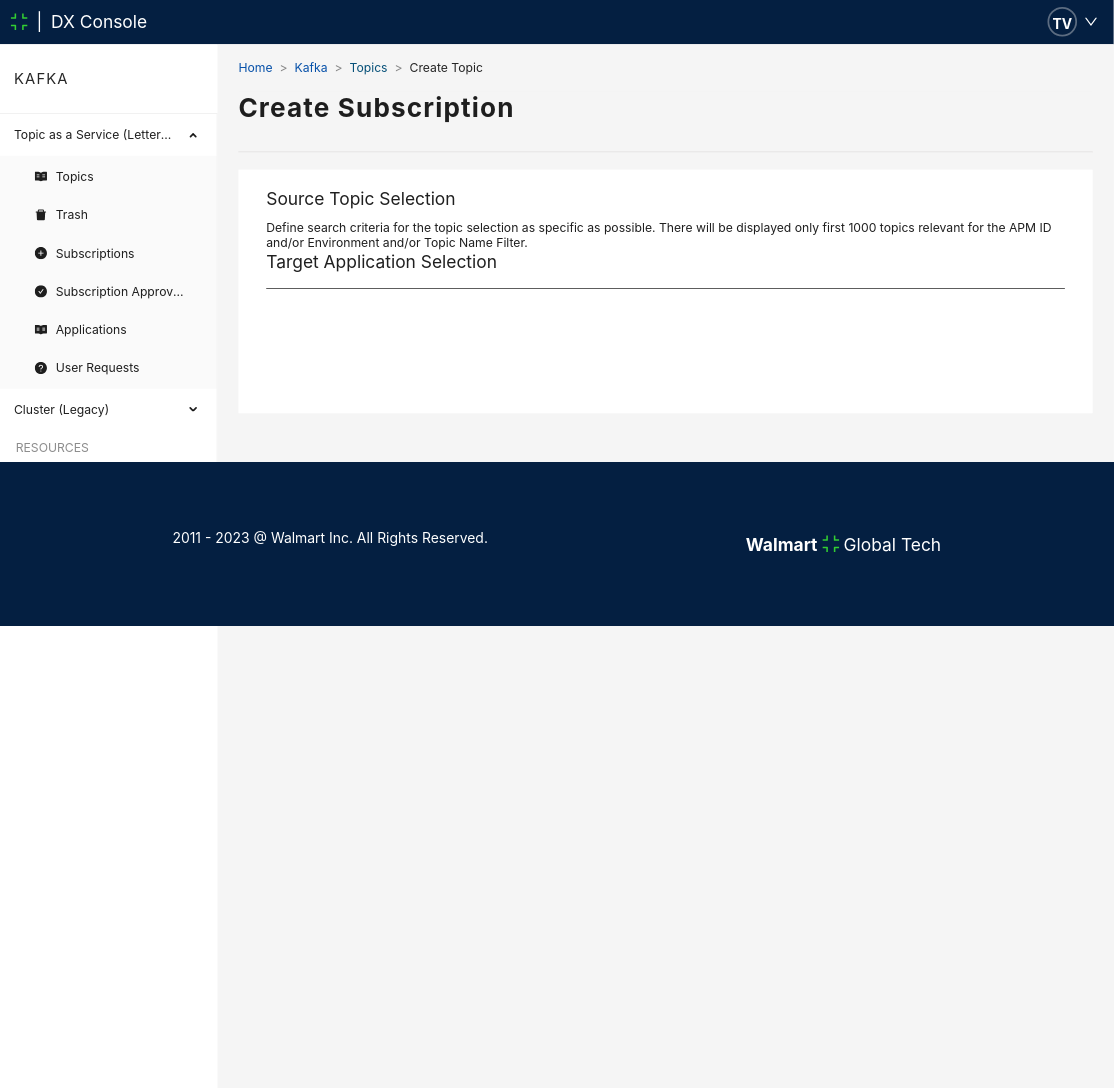
Repository: Qianying-Chai/kafka
Page: /kafka/subscriptions_active_tab=nonProxy/create-non-proxy
An editor plug-in stored every save of this project. The page is shown before and after the next save, followed by the edit.
The browser window is 1280 px wide. The pictures show the whole page, at 87% of full size.
The project was rebuilt for these pictures with package versions that can differ from the ones it lists, and the page was loaded fresh each time. Also part of the build but not shown: src/pages/Components/ComponentsTable.jsx, src/pages/Components/ComponentsInput.jsx, src/pages/Components/ComponentsPagination.jsx, src/pages/Taas/Topics/Topics.jsx, src/pages/Components/Style/SelectTitle.css, src/pages/Components/SelectTitle.jsx, src/pages/Taas/Topics/Style/DetailsForm.css, src/pages/Taas/Topics/CreateTopics/Form/DetailsForm.jsx and 15 more.

Above is the page before, as saved 2024-01-15 19:35:23.

### src/index.js
import React from "react";
import ReactDOM from "react-dom/client";
import App from "./App";
import { BrowserRouter } from "react-router-dom";
import { Provider } from "react-redux";
import store from "../src/redux/store";
import "./style/index.css";

const root = ReactDOM.createRoot(document.getElementById("root"));
root.render(
  <Provider store={store}>
    <BrowserRouter>
      <App />
    </BrowserRouter>
  </Provider>
);

### src/App.js
import Header from "./pages/common/Header";
import Sider from "./pages/common/Sider.jsx";
import categoryConstants from "./pages/common/categoryConstants";
import Topics from "./pages/Taas/Topics/Topics";
import CreateTopic from "./pages/Taas/Topics/CreateTopics/CreateTopic";
import Trash from "./pages/Taas/Trash/Trash";
import SubscriptionApprovals from "./pages/Taas/SubscriptionApprovals/SubscriptionApprovals";
import SubscriptionsNonProxy from "./pages/Taas/Subscriptions/SubscriptionsNonProxy/SubscriptionsNonProxy";
import CreateSubscriptionsNonProxy from "./pages/Taas/Subscriptions/SubscriptionsNonProxy/CreateSubscriptions/CreateSubscriptionsNonProxy";
import CreateSubscriptionsProxy from "./pages/Taas/Subscriptions/SubscriptionsProxy/CreateSubscriptions/CreateSubscriptionsProxy";
import SubscriptionsProxy from "./pages/Taas/Subscriptions/SubscriptionsProxy/SubscriptionsProxy";
import Applications from "./pages/Taas/Applications/Applications";
import UserRequests from "./pages/Taas/UserRequests/UserRequests";
import Clusters from "./pages/Cluster/Clusters";
import MigratedClusters from "./pages/Cluster/MigratedClusters";
import Subscription from "./pages/Cluster/Subscription";
import UserRequestsLegacy from "./pages/Cluster/UserRequestsLegacy";
import Support from "./pages/Resources/Support";
import Footer from "./pages/common/Footer";
import { Routes, Route } from "react-router-dom";
import { Layout } from "antd";

function App() {
  return (
    <div className="App">
      <Layout>
        <Header />
        <Layout>
          <Sider />
          <Layout
            style={{
              padding: "0 24px 24px",
              height: "fit-content",
            }}
          >
            <Routes>
              <Route
                path={`kafka/${categoryConstants.TOPICS.toLowerCase()}`}
                element={<Topics />}
              />
              <Route
                path={`kafka/${categoryConstants.TOPICS.toLowerCase()}/create`}
                element={<CreateTopic />}
              />
              <Route
                path={`kafka/${categoryConstants.TRASH.toLowerCase()}`}
                element={<Trash />}
              />
              <Route
                path={`kafka/${categoryConstants.SUBSCRIPTIONS.toLowerCase()}_active_tab=nonProxy`}
                element={<SubscriptionsNonProxy />}
              />
              <Route
                path={`/kafka/${categoryConstants.SUBSCRIPTIONS.toLowerCase()}_active_tab=nonProxy/create-non-proxy`}
                element={<CreateSubscriptionsNonProxy />}
              />
              {/* <Route
                path={`/kafka/${categoryConstants.SUBSCRIPTIONS.toLowerCase()}_active_tab=proxy`}
                element={<CreateSubscriptionsProxy />}
              /> */}
              <Route
                path={`kafka/${categoryConstants.SUBSCRIPTIONS.toLowerCase()}_active_tab=proxy`}
                element={<SubscriptionsProxy />}
              />
              <Route
                path={`kafka/subscriptionRequests`}
                element={<SubscriptionApprovals />}
              />
              <Route
                path={`kafka/${categoryConstants.APPLICATIONS.toLowerCase()}`}
                element={<Applications />}
              />
              <Route path={`kafka/requests`} element={<UserRequests />} />
              <Route
                path={`kafka/${categoryConstants.CLUSTERS.toLowerCase()}`}
                element={<Clusters />}
              />
              <Route
                path={`kafka/migrated-clusters`}
                element={<MigratedClusters />}
              />
              <Route
                path={`kafka/mps-clusters-subscriptions`}
                element={<Subscription />}
              />
              <Route
                path={`kafka/legacy-requests`}
                element={<UserRequestsLegacy />}
              />
              <Route
                path={`kafka/${categoryConstants.SUPPORT.toLowerCase()}`}
                element={<Support />}
              />
            </Routes>
          </Layout>
        </Layout>
        <Footer />
      </Layout>
    </div>
  );
}

export default App;

### src/redux/store.jsx
import { configureStore } from "@reduxjs/toolkit";
import reducer from "./reducer";
const store = configureStore({ reducer: reducer });
export default store;

### src/pages/common/Header.jsx
import React from "react";
import "./Style/Header.css";
import { CompressOutlined, UpOutlined, DownOutlined } from "@ant-design/icons";
import { Layout } from "antd";
import { useState } from "react";
const Header = () => {
  const [login, setLogin] = useState(true);

  return (
    <Layout>
      <Layout.Header className="header">
        <div className="header-content-left">
          <CompressOutlined className="header-left-icon" />
          <span className="header-left-divider">|</span>
          <span className="header-left-dx-console">DX Console </span>
        </div>
        <div className="header-content-right">
          <div className="user">
            <div className="user-icon">TV</div>
            {login ? (
              <DownOutlined
                className="login-button"
                onClick={() => {
                  setLogin((state) => !state);
                }}
              />
            ) : (
              <UpOutlined
                className="logout-button"
                onClick={() => {
                  setLogin((state) => !state);
                }}
              />
            )}
          </div>
          <div
            className="logout-pop-up"
            style={{
              display: login ? "none" : "block",
            }}
          >
            LOGOUT
          </div>
        </div>
      </Layout.Header>
    </Layout>
  );
};
export default Header;

### src/pages/common/Sider.jsx
import React from "react";
import { Link } from "react-router-dom";
import "./Style/Sider.css";
import {
  ReadFilled,
  DeleteFilled,
  PlusCircleFilled,
  CheckCircleFilled,
  QuestionCircleFilled,
  HddFilled,
  SettingFilled,
} from "@ant-design/icons";
import { Layout, Menu, theme, ConfigProvider } from "antd";
import categoryConstants from "./categoryConstants";

const Sider = () => {
  const {
    token: { colorBgContainer },
  } = theme.useToken();

  const items = [
    {
      key: "Topic as a Service (Lettera)",
      label: "Topic as a Service (Lettera)",
      children: [
        {
          key: "Topics",
          label: (
            <Link to={`kafka/${categoryConstants.TOPICS.toLowerCase()}`}>
              {categoryConstants.TOPICS}
            </Link>
          ),
          icon: React.createElement(ReadFilled),
        },
        {
          key: "Trash",
          label: (
            <Link to={`kafka/${categoryConstants.TRASH.toLowerCase()}`}>
              {categoryConstants.TRASH}
            </Link>
          ),
          icon: React.createElement(DeleteFilled),
        },
        {
          key: "Subscriptions",
          label: (
            <Link
              to={`kafka/${categoryConstants.SUBSCRIPTIONS.toLowerCase()}_active_tab=nonProxy`}
            >
              {categoryConstants.SUBSCRIPTIONS}
            </Link>
          ),
          icon: React.createElement(PlusCircleFilled),
        },
        {
          key: "Subscription Approvals",
          label: (
            <Link to={`kafka/subscriptionRequests`}>
              {categoryConstants.SUBSCRIPTIONS_APPROVALS.replace("_", " ")}
            </Link>
          ),
          icon: React.createElement(CheckCircleFilled),
        },
        {
          key: "Applications",
          label: (
            <Link to={`kafka/${categoryConstants.APPLICATIONS.toLowerCase()}`}>
              {categoryConstants.APPLICATIONS}
            </Link>
          ),
          icon: React.createElement(ReadFilled),
        },
        {
          key: "User Requests",
          label: (
            <Link to={`kafka/requests`}>
              {categoryConstants.USER_REQUESTS.replace("_", " ")}
            </Link>
          ),
          icon: React.createElement(QuestionCircleFilled),
        },
      ],
    },
    {
      label: <div>Cluster (Legacy)</div>,
      key: "Cluster (Legacy)",
      children: [
        {
          key: "Clusters",
          label: (
            <Link to={`kafka/${categoryConstants.CLUSTERS.toLowerCase()}`}>
              {categoryConstants.CLUSTERS}
            </Link>
          ),
          icon: React.createElement(HddFilled),
        },
        {
          key: "Migrated Clusters",
          label: (
            <Link to={`kafka/migrated-clusters`}>
              {categoryConstants.MIGRATED_CLUSTERS.replace("_", " ")}
            </Link>
          ),
          icon: React.createElement(HddFilled),
        },
        {
          key: "Subscription",
          label: (
            <Link to={`kafka/mps-clusters-subscriptions`}>
              {categoryConstants.SUBSCRIPTION}
            </Link>
          ),
          icon: React.createElement(PlusCircleFilled),
        },
        {
          key: "User Requests (Legacy)",
          label: (
            <Link to={`kafka/legacy-requests`}>User Requests (Legacy)</Link>
          ),
          icon: React.createElement(QuestionCircleFilled),
        },
      ],
    },
    {
      label: <div>RESOURCES</div>,
      type: "group",
      key: "RESOURCES",
      children: [
        {
          key: "Supprot",
          label: (
            <Link to={`kafka/${categoryConstants.SUPPORT.toLowerCase()}`}>
              {categoryConstants.SUPPORT}
            </Link>
          ),
          icon: React.createElement(SettingFilled),
        },
      ],
    },
  ];

  return (
    <ConfigProvider
      theme={{
        components: {
          Menu: {
            itemHoverBg: "",
            itemHoverColor: "#1890ff",
            padding: 30,
          },
          Tabs: {
            inkBarColor: "rgb(4, 31, 65)",
          },
        },
      }}
    >
      <Layout.Sider
        className="sider"
        width={"250px"}
        style={{
          background: colorBgContainer,
        }}
      >
        <div className="slider-top">
          <span className="slider-top-content">KAFKA</span>
        </div>
        <div
          style={{
            marginLeft: "-12px",
          }}
        >
          <div></div>
          <Menu
            mode="inline"
            items={items}
            defaultOpenKeys={["Topic as a Service (Lettera)", "RESOURCES"]}
            style={{
              color: "#041f41",
            }}
          />
        </div>
      </Layout.Sider>
    </ConfigProvider>
  );
};
export default Sider;

### src/pages/common/categoryConstants.jsx
const categoryConstants = {
  TOPICS: "Topics",
  TRASH: "Trash",
  SUBSCRIPTIONS: "Subscriptions",
  SUBSCRIPTIONS_APPROVALS: "Subscription Approvals",
  APPLICATIONS: "Applications",
  USER_REQUESTS: "User Requests",
  CLUSTERS: "Clusters",
  MIGRATED_CLUSTERS: "Migrated Clusters",
  SUBSCRIPTION: "Subscription",
  USERE_REQUESTS_LEGACY: "User Requests (Legacy)",
  SUPPORT: "Support",
  CREATE_TOPIC: "Create Topic",
  CREATE_SUBSCRIPTION: "Create Subscription",
};

export default categoryConstants;

### src/pages/Taas/Subscriptions/SubscriptionsNonProxy/CreateSubscriptions/CreateSubscriptionsNonProxy.jsx
import React from "react";
import ComponentsBreadcrumb from "../../../../Components/ComponentsBreadcrumb";
import ComponentsContent from "../../../../Components/ComponentsContent";
import ComponentsDivider from "../../../../Components/ComponentsDivider";
import ComponentsTitle from "../../../../Components/ComponentsTitle";
import categoryConstants from "../../../../common/categoryConstants";
import "../../Style/";
import { Typography } from "antd";
const { Title } = Typography;

const CreateSubscriptionsNonProxy = () => {
  return (
    <>
      <div>
        <ComponentsBreadcrumb
          items={[
            {
              title: "Home",
            },
            {
              title: "Kafka",
            },
            {
              title: categoryConstants.TOPICS,
              href: `/kafka/${categoryConstants.TOPICS.toLowerCase()}`,
            },
            {
              title: categoryConstants.CREATE_TOPIC,
            },
          ]}
        />
        <div className="content-banner">
          <ComponentsTitle title={categoryConstants.CREATE_SUBSCRIPTION} />
        </div>
      </div>
      <ComponentsContent>
        <Title level={4} style={{ fontWeight: "normal" }}>
          Source Topic Selection
        </Title>

        <div className="bordered-content">
          Define search criteria for the topic selection as specific as
          possible. There will be displayed only first 1000 topics relevant for
          the APM ID and/or Environment and/or Topic Name Filter.
        </div>
        {/* <SourceTopicFormNonProxy /> */}
        <Title level={4} style={{ fontWeight: "normal" }}>
          Target Application Selection
        </Title>
        {/* <TargetApplicationSelectionForm /> */}
        <ComponentsDivider />
        <div className="buttons-wrapper">
          {/* <CancelButton />
        <SubmitButton disabled /> */}
        </div>
      </ComponentsContent>
    </>
  );
};
export default CreateSubscriptionsNonProxy;

### src/pages/common/Footer.jsx
import React from "react";
import { Layout } from "antd";
import { CompressOutlined } from "@ant-design/icons";
import "./Style/Footer.css";

const Footer = () => {
  return (
    <Layout.Footer className="footer">
      <div className="footer-text-left">
        2011 - 2023 @ Walmart Inc. All Rights Reserved.
      </div>
      <div className="footer-text-right">
        <span className="footer-text-right-walmart">Walmart</span>
        <CompressOutlined className="footer-icon" />
        <span className="footer-text-right-global-tech">Global Tech</span>
      </div>
    </Layout.Footer>
  );
};

export default Footer;

### src/redux/reducer.jsx
import { SET_PATH_NAME, SET_SELECTED_TAAS_SUBSCRIPTIONS } from "./constants";
const initialState = {
  pathName: "",
  selectedTaasSubscriptions: "nonProxy",
};
const reducer = (state = initialState, action) => {
  const { type, payload } = action;
  switch (type) {
    case SET_PATH_NAME:
      return { ...state, pathName: payload };
    case SET_SELECTED_TAAS_SUBSCRIPTIONS:
      return { ...state, selectedTaasSubscriptions: payload };
    default:
      return state;
  }
};

export default reducer;

### src/pages/common/Style/Header.css
.header {
  justify-content: space-between;
  padding: 0 12px;
  background-color: rgb(4, 31, 65);
  height: 51px;
  line-height: 51px;
  color: #ffffff;
}

.header,
.user {
  display: flex;
}

.header-content-left {
  font-size: 20px;
}

.header-left-icon {
  color: #32cd32;
}

.header-left-divider {
  margin: 0 10px;
}

.header-content-right {
  font-weight: bolder;
  flex-direction: column;
  font-size: 1rem;
  width: 76px;
  padding-left: 12px;
}

.user {
  margin: 8px 0px;
}
.user-icon {
  height: 34px;
  line-height: 34px;
  width: 34px;
  border-radius: 50%;
  text-align: center;
}
.user-icon,
.logout-pop-up {
  border: 2px solid rgba(225, 225, 225, 0.4);
}

.login-button,
.logout-button {
  padding-left: 8px;
}

.logout-pop-up {
  transition: all 10s ease-out;
  width: 100px;
  height: 60px;
  line-height: 60px;
  position: absolute;
  right: 0px;
  z-index: 999;
  font-size: 15px;
  letter-spacing: 1pt;
  text-align: center;
  justify-content: center;
  color: rgb(94, 91, 91);
  box-shadow: 0px 0px 4px 4px rgba(176, 174, 174, 0.4);
}

### src/pages/common/Style/Sider.css
.sider {
  min-height: 1200px;
}

.slider-top {
  height: 80px;
  border-bottom: 1px solid rgb(239, 239, 239);
}
.slider-top-content {
  height: 100%;
  display: flex;
  align-items: center;
  margin-left: 16px;
  letter-spacing: 1pt;
  font-size: 17px;
  color: #000000d9;
}

### src/pages/Components/ComponentsContent.jsx
import React from "react";
import "../common/Style/Content.css";
import { Layout, theme } from "antd";

const ComponentsContent = (props) => {
  const {
    token: { colorBgContainer },
  } = theme.useToken();

  return (
    <div>
      <Layout.Content
        style={{
          padding: "20px 32px 32px",
          minHeight: 280,
          background: colorBgContainer,
        }}
        {...props}
      ></Layout.Content>
    </div>
  );
};
export default ComponentsContent;

### src/pages/Components/ComponentsBreadcrumb.jsx
import React from "react";
import { Breadcrumb, ConfigProvider } from "antd";

const ComponentsBreadcrumb = (props) => {
  return (
    <ConfigProvider
      theme={{
        components: {
          Breadcrumb: {
            lastItemColor: "#000000D9",
            linkColor: "#075179",
            itemColor: "#0751A9",
            linkHoverColor: "#F5F5F5",
          },
          token: {
            colorBgTextHover: "#F5F5F5",
          },
        },
      }}
    >
      <div>
        <Breadcrumb
          style={{
            margin: "16px 0",
          }}
          separator=">"
          items={props.items}
        ></Breadcrumb>
      </div>
    </ConfigProvider>
  );
};
export default ComponentsBreadcrumb;

### src/pages/Components/ComponentsTitle.jsx
import React from "react";
import { Typography, ConfigProvider } from "antd";
const { Title } = Typography;

const ComponentsTitle = (props) => {
  return (
    <>
      <ConfigProvider
        theme={{
          components: {
            token: {
              colorText: "#041E42",
            },
          },
        }}
      >
        <Title level={2} style={{ fontWeight: "bold" }}>
          {props.title}
        </Title>
      </ConfigProvider>
    </>
  );
};

export default ComponentsTitle;

### src/pages/Components/ComponentsDivider.jsx
import React from "react";
import { Divider, ConfigProvider } from "antd";
const ComponentsDivider = () => (
  <ConfigProvider
    theme={{
      token: {
        colorSplit: "rgba(0, 0, 0, 0.85)",
        marginLG: 16,
      },
    }}
  >
    {" "}
    <Divider />
  </ConfigProvider>
);
export default ComponentsDivider;

### src/pages/Taas/Topics/Style/CreateTopic.css
.buttons-wrapper {
  display: flex;
  justify-content: flex-end;
}

.cancel-button,
.submit-button {
  letter-spacing: 1pt;
}
.cancel-button {
  margin-right: 10px;
}

### src/pages/common/Style/Footer.css
.footer {
  text-emphasis-style: center;
  background-color: #041f41;
  color: white;
  display: flex;
  justify-content: space-around;
  height: 189px;
  align-items: center;
  width: 100%;
  position: fixed;
  bottom: 0;
}

.footer-icon {
  font-size: 20px;
  color: #32cd32;
}

.footer-text-left {
  font-size: 16px;
  margin-bottom: 16px;
}

.footer-text-right {
  font-size: 20px;
}

.footer-text-right-walmart {
  font-weight: bold;
  padding-right: 5px;
}

.footer-text-right-global-tech {
  padding-left: 5px;
}

### src/redux/constants.jsx
const SET_PATH_NAME = "SET_PATH_NAME";
const SET_SELECTED_TAAS_SUBSCRIPTIONS = "SET_SELECTED_TAAS_SUBSCRIPTIONS";
export { SET_PATH_NAME };
export { SET_SELECTED_TAAS_SUBSCRIPTIONS };

### src/pages/common/Style/Content.css
.content-banner {
  height: 70px;
  display: flex;
  justify-content: space-between;
  background-color: #f5f5f5;
  color: #041e42;
  letter-spacing: 1pt;
  border-bottom: 1px solid rgba(167, 164, 164, 0.3);
  margin-bottom: 20px;
  padding-bottom: 15px;
}

.content-banner-button {
  background-color: #041f41;
  color: #ffffff;
}

.content-text {
  margin: 24px 0 20px;
}

### src/pages/Taas/Subscriptions/Style/CreateSubscriptionNonproxy.css
.content-title {
  margin-bottom: 10px;
  font-size: 16px;
}

.bordered-content {
  border: 1px solid black;
  border-left: 3px solid black;
  padding: 8px 15px;
  margin: 10px 0px;
  border-radius: 4%;
  color: #000000;
}

Loaded but not shown: public/index.html (common file); src/style/index.css (common file)

After the next save:
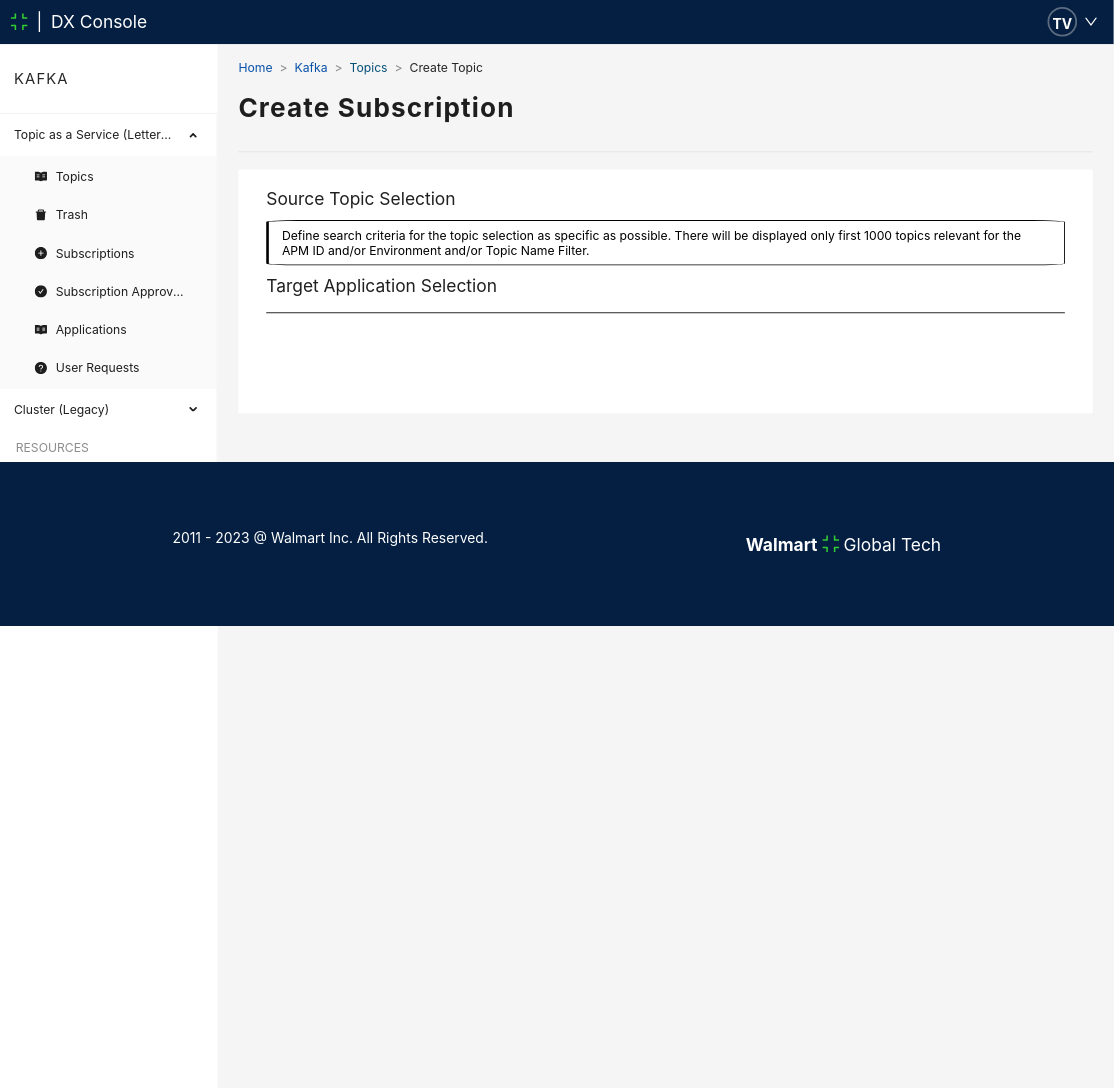
Saved 11 s later.
--- a/src/pages/Taas/Subscriptions/SubscriptionsNonProxy/CreateSubscriptions/CreateSubscriptionsNonProxy.jsx
+++ b/src/pages/Taas/Subscriptions/SubscriptionsNonProxy/CreateSubscriptions/CreateSubscriptionsNonProxy.jsx
@@ -4,7 +4,7 @@
 import ComponentsDivider from "../../../../Components/ComponentsDivider";
 import ComponentsTitle from "../../../../Components/ComponentsTitle";
 import categoryConstants from "../../../../common/categoryConstants";
-import "../../Style/";
+import "../../Style/CreateSubscriptionNonproxy.css";
 import { Typography } from "antd";
 const { Title } = Typography;
 
